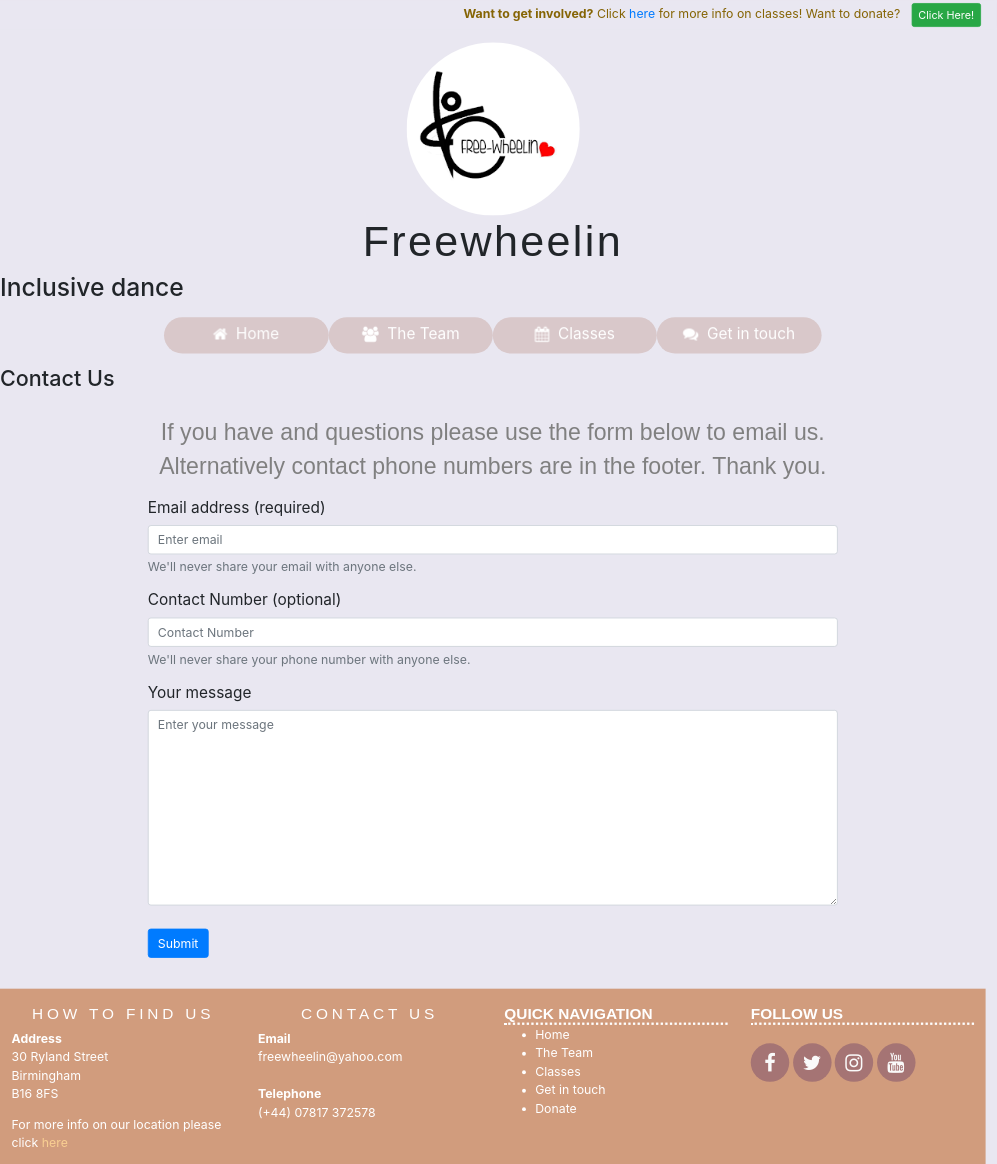
Repository: Code-Institute-Submissions/francisillingworth-resubmitted-milestone-project-1
Page: get-in-touch.html
The author's editor kept a record of every edit. The page is drawn from the files as they stood at one moment, then again after the next edit.
The browser window is 1280 px wide. The page is 1295 px wide, so the pictures cover 1295 px, including what lies to the right of the window. The pictures show the whole page, at 77% of full size.

Above is the page before.

### get-in-touch.html
<!DOCTYPE html>
<html lang="en">

<head>
    <meta charset="UTF-8">
    <meta name="viewport" content="width=device-width, initial-scale=1.0">
    <meta http-equiv="X-UA-Compatible" content="ie=edge">
    <link rel="stylesheet" href="https://stackpath.bootstrapcdn.com/bootstrap/4.3.1/css/bootstrap.min.css" type="text/css" />
    <link rel="stylesheet" href="https://stackpath.bootstrapcdn.com/font-awesome/4.7.0/css/font-awesome.min.css" type="text/css" />
    <link rel="stylesheet" href="https://cdnjs.cloudflare.com/ajax/libs/hover.css/2.3.1/css/hover-min.css" type="text/css" />
    <link rel="stylesheet" href="static/css/style.css" type="text/css" />
    <link rel="icon" type="image/png" href="assets/images/logo.png">
    <title>Freewheelin | Inclusive Dance</title>
</head>

<body>

    <header>
        <div class="container-fluid navalert-container">
            <div class="container-fluid alert-container">
                <div class="row d-none d-lg-block">
                        <div class="site-wide-alert alert alert-warning col-12 "><strong> Want to get involved?</strong> Click <a href="classes.html">here</a> for more info on classes! Want to donate? <button class="btn btn-success btn-sm " data-toggle="modal" data-target="#donateModal">Click Here!</button></div>
                </div>
            </div>
            <nav class="navbar navbar-dark navbar-expand-xl">
                <a href="/" class="navbar-brand"></a>
                <button class="navbar-toggler ml-auto" type="button" data-toggle="collapse" data-target="#navbarNavDropdown" aria-controls="navbarNavDropdown" aria-expanded="false" aria-label="Toggle navigation">
        <span class="navbar-toggler-icon"></span></button>


                <div class="collapse navbar-collapse  ml-auto" id="navbarNavDropdown">
                    <ul class="navbar-nav mr-auto">
                        <li class=" nav-item mr-2"><a class="nav-link" href="index.html">Home</a></li>
                        <li class="nav-item mr-2"><a class="nav-link" href="team.html">The Team</a></li>
                        <li class="nav-item dropdown">
                            <li class="nav-item mr-2"><a class="nav-link" href="classes.html">Classes</a></li>
                            <a class="nav-link dropdown-toggle " href="#" id="navbarDropdownMenuLink" role="button" data-toggle="dropdown" aria-haspopup="true" aria-expanded="false">Get in touch</a>
                            <div class="dropdown-menu" aria-labelledby="navbarDropdownMenuLink">
                                <a class="dropdown-item" href="get-in-touch.html">Contact us</a>
                                <a class="dropdown-item" href="#" data-toggle="modal" data-target="#donateModal">Donate</a>
                            </div>
                        </li>

                    </ul>
                </div>

            </nav>
        </div>

        <img class="logo" src="assets/images/logo.png" alt="Logo">
        <div class="free-wheelin-title">
            <h1>Freewheelin</h1>
            <h2>Inclusive dance</h2>
        </div>
        <div class="row no-gutters pageNav">
            <div class="col-md-8 offset-2">
                <div class="d-none d-lg-block">
                    <div class="row no-gutters">
                        <div class="col">
                            <ul id="nav" class="list-inline menucontainer">
                                <li class="col-sm-3 ui-menu-color list-inline-item menuitem">
                                    <a href="index.html" class="hvr-icon-grow"><i class="fa fa-home hvr-icon" aria-hidden="true"></i><span>&nbsp;  Home</span></a>
                                </li>
                                <li class="col-sm-3 ui-menu-color list-inline-item menuitem">
                                    <a href="team.html" class="hvr-icon-grow"><i class="fa fa-users hvr-icon" aria-hidden="true"></i><span>&nbsp;  The Team</span></a>
                                </li>
                                <li class="col-sm-3 ui-menu-color list-inline-item menuitem">
                                    <a href="classes.html" class="hvr-icon-grow"><i class="fa fa-calendar hvr-icon" aria-hidden="true"></i><span>&nbsp;  Classes</span></a>
                                </li>
                                <li class="col-sm-3 ui-menu-color list-inline-item menuitem">
                                    <a href="get-in-touch.html" class="hvr-icon-grow"><i class="fa fa-comments hvr-icon" aria-hidden="true"></i><span>&nbsp;  Get in touch</span></a>
                                </li>
                            </ul>

                        </div>
                    </div>
                </div>
            </div>
        </div>
        <h3>Contact Us</h3>
        <p class="homePagePara">If you have and questions please use the form below to email us. Alternatively contact phone numbers are in the footer. Thank you.</p>
        <form class="contact-form">
            <div class="form-group">
                <label for="InputEmail">Email address  (required)</label>
                <input type="email" class="form-control" id="InputEmail1" aria-describedby="emailHelp" placeholder="Enter email" required>
                <small id="emailHelp" class="form-text text-muted">We'll never share your email with anyone else.</small>
            </div>
            <div class="form-group">
                <label for="Contact Number">Contact Number (optional)</label>
                <input type="text" class="form-control" id="exampleInputPassword1" placeholder="Contact Number">
                <small id="contactHelp" class="form-text text-muted">We'll never share your phone number with anyone else.</small>
            </div>
            <div>
                <label for="Textarea">Your message</label>
                <textarea class="form-control" id="Textarea" rows="10" placeholder="Enter your message"></textarea>
                <br>
                <button type="submit" class="btn btn-primary">Submit</button>
            </div>
        </form>
    </header>
    <section>


    </section>
    <footer class="container-fluid">
        <div class="row">
            <div class="col-sm-6 col-md-4 col-lg-3">
                <h4 class="uppercase general-sub"><strong>How to find us</strong></h4>
                <p class="footer-text"><strong>Address</strong><br>30 Ryland Street<br>Birmingham<br>B16 8FS</p>
                <p class="footer-text footer-text-map-link">For more info on our location please click <a class="classes-page" href="classes.html">here</a></p>
                <div class="container-map">
                    <iframe src="https://www.google.com/maps/embed?pb=!1m18!1m12!1m3!1d4860.370228884722!2d-1.922623812816778!3d52.47578393677804!2m3!1f0!2f0!3f0!3m2!1i1024!2i768!4f13.1!3m3!1m2!1s0x4870bcf7880bee33%3A0xc67f882871949e74!2s30+Ryland+St%2C+Birmingham+B16+8FS!5e0!3m2!1sen!2suk!4v1556909026058!5m2!1sen!2suk"
                        width="300" height="300" frameborder="0" style="border:0" allowfullscreen></iframe>
                </div>
            </div>
            <div class="col-sm-6 col-md-4 col-lg-3">
                <h4 class="uppercase general-sub"><strong>Contact Us</strong></h4>
                <p class="footer-text"><strong> Email</strong><br>freewheelin@yahoo.com<br><br><strong>Telephone</strong><br>(+44) 07817 372578</p>
            </div>
            <div class="col-sm-6 col-md-4 col-lg-3">
                <h5 class="uppercase general-sub"><strong>Quick Navigation</strong></h5>
                <ul>
                    <li class="footer-nav"><a href="index.html">Home</a></li>
                    <li class="footer-nav"><a href="team.html">The Team</a></li>
                    <li class="footer-nav"><a href="classes.html">Classes</a></li>
                    <li class="footer-nav"><a href="get-in-touch.html">Get in touch</a></li>
                    <li class="footer-nav"><a href="#" data-toggle="modal" data-target="#donateModal">Donate</a></li>
                </ul>
            </div>
            <div class="col-sm-6 col-md-4 col-lg-3">
                <h5 class="uppercase general-sub"><strong>Follow us</strong></h5>
                <br>
                <ul class="list-inline social-links">
                    <li class="list-inline-item">
                        <a target="_blank" href="https://www.facebook.com/freewheelindance/?view_public_for=1515757465107461">
                            <i class="fa fa-facebook hvr-icon" aria-hidden="true"></i>
                            <span class="sr-only">Facebook</span>
                        </a>
                    </li>
                    <li class="list-inline-item">
                        <a target="_blank" href="https://twitter.com/wheelin_free" class=>
                            <i class="fa fa-twitter hvr-icon" aria-hidden="true"></i>
                            <span class="sr-only">Twitter</span>
                        </a>
                    </li>
                    <li class="list-inline-item">
                        <a target="_blank" href="https://www.instagram.com/freewheelin_dance/">
                            <i class="fa fa-instagram hvr-icon" aria-hidden="true"></i>
                            <span class="sr-only">Instagram</span>
                        </a>
                    </li>
                    <li class="list-inline-item">
                        <a target="_blank" href="https://www.youtube.com/channel/UCn35KSVQHnnvmcoqwCyMNBQ">
                            <i class="fa fa-youtube hvr-icon" aria-hidden="true"></i>
                            <span class="sr-only">Youtube</span>
                        </a>
                    </li>
                </ul>
            </div>

        </div>

    </footer>

    <div class="modal" tabindex="-1" role="dialog" id="donateModal">
        <div class="modal-dialog" role="document">
            <div class="modal-content">
                <div class="modal-header">
                    <h5 class="modal-title">Donate to Freewheelin!</h5>
                    <button type="button" class="close" data-dismiss="modal" aria-label="Close">
          <span aria-hidden="true">&times;</span>
        </button>
                </div>
                <div class="modal-body">
                    <form>
                        <div class="form-group">
                            <label for="InputName">Full name (required)</label>
                            <input type="text" class="form-control" id="exampleInputEmail1" aria-describedby="emailHelp" placeholder="Enter full name" required>
                        </div>
                        <div class="form-group">
                            <label for="InputEmail">Email address (required)</label>
                            <input type="email" class="form-control" id="exampleInputEmail1" aria-describedby="emailHelp" placeholder="Enter email" required>
                            <small id="emailHelp" class="form-text text-muted">We'll never share your email with anyone else.</small>
                        </div>
                        <div class="form-group">
                            <label for="InputTelephoneNumber">Telephone number (optional)</label>
                            <input type="text" class="form-control" id="exampleInputPassword1" placeholder="Enter Telephone Number">
                            <small id="phoneHelp" class="form-text text-muted">We'll never share your phone number with anyone else.</small>
                        </div>
                        <p>By clicking submit you will send us your contact details. A member of the team will get in touch shortly to dicuss your donation. Thank you for your generosity!</p>
                        <button type="submit" class="btn btn-primary">Submit</button>
                    </form>
                </div>
            </div>
        </div>
    </div>



    <script src="https://code.jquery.com/jquery-3.3.1.slim.min.js" integrity="sha384-q8i/X+965DzO0rT7abK41JStQIAqVgRVzpbzo5smXKp4YfRvH+8abtTE1Pi6jizo" crossorigin="anonymous"></script>
    <script src="https://cdnjs.cloudflare.com/ajax/libs/popper.js/1.14.7/umd/popper.min.js" integrity="sha384-UO2eT0CpHqdSJQ6hJty5KVphtPhzWj9WO1clHTMGa3JDZwrnQq4sF86dIHNDz0W1" crossorigin="anonymous"></script>
    <script src="https://stackpath.bootstrapcdn.com/bootstrap/4.3.1/js/bootstrap.min.js" integrity="sha384-JjSmVgyd0p3pXB1rRibZUAYoIIy6OrQ6VrjIEaFf/nJGzIxFDsf4x0xIM+B07jRM" crossorigin="anonymous"></script>


</body>

</html>

### static/css/style.css
/*------------------colours*/

body {
    background-color: #e9e7f1;
}



/*------------------heading*/

h1 {
    width: 100%;
    font-family: century gothic, sans-serif;
    font-weight: 100;
    font-size: 56px;
    text-align: center;
    letter-spacing: 3px;
}

h4 {
    font-family: century gothic, sans-serif;
    font-weight: 100;
    font-size: 20px;
    text-align: center;
    letter-spacing: 5px;
    color: #808080;
}

.logo {
    border-radius: 50%;
    display: inherit;
    margin-left: auto;
    margin-right: auto;
}

.list-inline-item:not(:last-child) {
    margin: 0;
}

.menucontainer {
    font-size: 0;

}

#nav li {
    font-size: 20px;
    text-align: center;
    padding: 7px 10px 10px 10px;
    background-color: #d9c8ca;
    color: black;
    border-radius: 25px;
    margin-top: 10px;

}

#nav li:hover {
    background-color: #bfa4a4
}

.menuitem {
    height: 100%;
}

.menuitem a {
    width: 100%;
    text-decoration: none;
    color: #fff;
    height: 100%;
    display: block;
}

.menuitem span {
    width: 100%
}

/* ------------------------------------Alert bar*/

.alert {
    padding: 3px 20px;
    text-align: right;
    background-color: #e9e7f1;
    border-color: #e9e7f1;

}

btn-group-sm>.btn,
.btn-sm {
    padding: .25rem .5rem;
    font-size: .875rem;
    line-height: 1.5;
    border-radius: .2rem;
    margin-left: 10px;
}

.alert-container {
    padding: 0;
}


/*-----------------------------------burger nav*/

.nav-link {
    text-align: right;
    font-weight: 800;
}


.navbar-dark .navbar-nav .nav-link {
    color: #747779;
}


.navbar-toggler-icon {
    display: inline-block;
    width: 2.5em;
    height: 2.5em;
    vertical-align: middle;
    content: "";
    background: no-repeat center center;
    background-size: 100% 100%;


}

.navbar-dark .navbar-toggler-icon {
    background-image: url(http://assets.stickpng.com/thumbs/588a64e7d06f6719692a2d11.png);
}

.dropdown-item {
    text-align: right;
    color: #747779;
    font-weight: 700;
}

.dropdown-menu {
    background-color: transparent;
    border: none;
}

.navalert-container {
    padding: 0;
}



.dropdown-item:focus,
.dropdown-item:hover {
    color: white;
    text-decoration: none;
    background-color: #e9e7f1;
}

@media(min-width:992px) {
    .navbar-expand-xl {
        display: none;
    }
}




/*---------------------------------------footer*/

h5 {
    margin: 0;
    border-bottom-style: dotted;
    border-bottom-color: white;
}

.uppercase {
    text-transform: uppercase
}

.general-sub {
    font-family: "nanum-Gothic", sans-serif;
    color: white;
}

footer {
    margin-top: 40px;
    background-color: #d19c7d;
    min-height: 100px;
    padding-top: 20px;

}

.footer-text {
    color: white;
}

/* credit to tkjaergaard  https://gist.github.com/tkjaergaard/1853190  for inspiration on making the map circular and for ideas for code make it happen */

.container-map {

    text-align: center;
    overflow: hidden;
    border-radius: 50%;
    position: relative;
    z-index: 1;
    height: 290px;
    width: 290px;
    border: 10px solid #f9cf92;
    margin-bottom: 20px;
}

.container-map iframe {
    position: absolute;
    border-radius: 50%;
    top: 0;
    left: -10px;

}

.social-links li a i {
    width: 50px;
    height: 50px;
    padding: 12px 0;
    border-radius: 50%;
    font-size: 26px;
    text-align: center;
    color: #fafafa;
    background-color: #a57474;
    transition: all 0.35s ease-in-out;
    -moz-transition: all 0.35s ease-in-out;
    -webkit-transition: all 0.35s ease-in-out;
    -o-transition: all 0.35s ease-in-out;

}

.social-links li a i:hover {
    background-color: #f9cf92;
    transform: scale(1.15);

}

.footer-nav {
    text-decoration: none;
    color: white;

}

.footer-nav a {
    text-decoration: none;
    color: white;

}

.footer-nav:hover {

    color: #8f8f8f;
}

.footer-nav a:hover {
    color: #8f8f8f;
}


.introVideo {
    width: 100%;
    margin-top: 40px;
}

.classes-page {
    color: #f9cf92;

}

.classes-page:hover {
    color: #a57474;
    text-decoration: none;
}



/*-------------------------index.html*/

.homePagePara {
    text-align: center;
    font-family: century gothic, sans-serif;
    font-size: 20px;
    font-weight: 300;
    color: #808080;
    width: 98%;
    margin-left: 1%;
    margin-top: 30px;
}

/*-------------------------------get in touch*/

.contact-form {
    margin-left: 1%;
    margin-right: 1%;
    font-size: 20px;
    width: 98%;
}

/*-------------------------------team*/

.teamPic {
    border-radius: 50%;
    border: 10px solid #d9c8ca;
    text-align: center;

}

.bioName {
    font-family: century gothic, sans-serif;
    font-size: 30px;
    font-weight: 300;
    color: #808080;


}

.bioPara {

    font-family: century gothic, sans-serif;
    font-size: 14px;
    font-weight: 600;
    color: #808080;
}




.katie {
    border: 10px solid #f9cf92;
}

.bioPic {
    padding-top: 20px;
    text-align: center;
}

.bioPic:hover {
    transform: scale(1.1);
}



/*-----------------------------------------classes*/

.classesText {
    font-family: century gothic, sans-serif;
    font-weight: 300;
    font-size: 30px;
    text-align: center;
    margin-top: 10px;
    color: #808080;
}


.map-responsive {
    overflow: hidden;
    padding-bottom: 56.25%;
    position: relative;
    height: 0;
    border-radius: 10px;
}

.map-responsive iframe {
    left: 0;
    top: 0;
    height: 100%;
    width: 100%;
    position: absolute;
}

.contact-us-modal {
    color: #d19c7d;
}

.contact-us-modal:hover {
    color: #a57474;
    text-decoration: none;
}





/*-------------------------------@media*/

@media (min-width:576px) {

    .homePagePara {
        margin-left: 5%;
        margin-right: 5%;
        font-size: 30px;
        font-weight: 100;
        width: 90%;
    }
    .introVideo {
        width: 90%;
        margin-left: 5%
    }

    .container-map {
        display: none
    }

}


@media (max-width:576px) {

    .footer-text-map-link {
        display: none
    }

}


@media (min-width:768px) {

    .homePagePara {
        margin-left: 15%;
        margin-right: 15%;
        font-size: 30px;
        width: 70%;


    }

    .introVideo {
        width: 60%;
        margin-left: 20%
    }

    .contact-form {
        margin-left: 15%;
        margin-right: 15%;
        font-size: 20px;
        width: 70%;

    }


}



@media (min-width:992px) {
    .meet-the-team {
        text-align: left;
    }
}

@media (max-width:992px) {
    .free-wheelin-title {
        display: none;
    }
}

After the next edit:
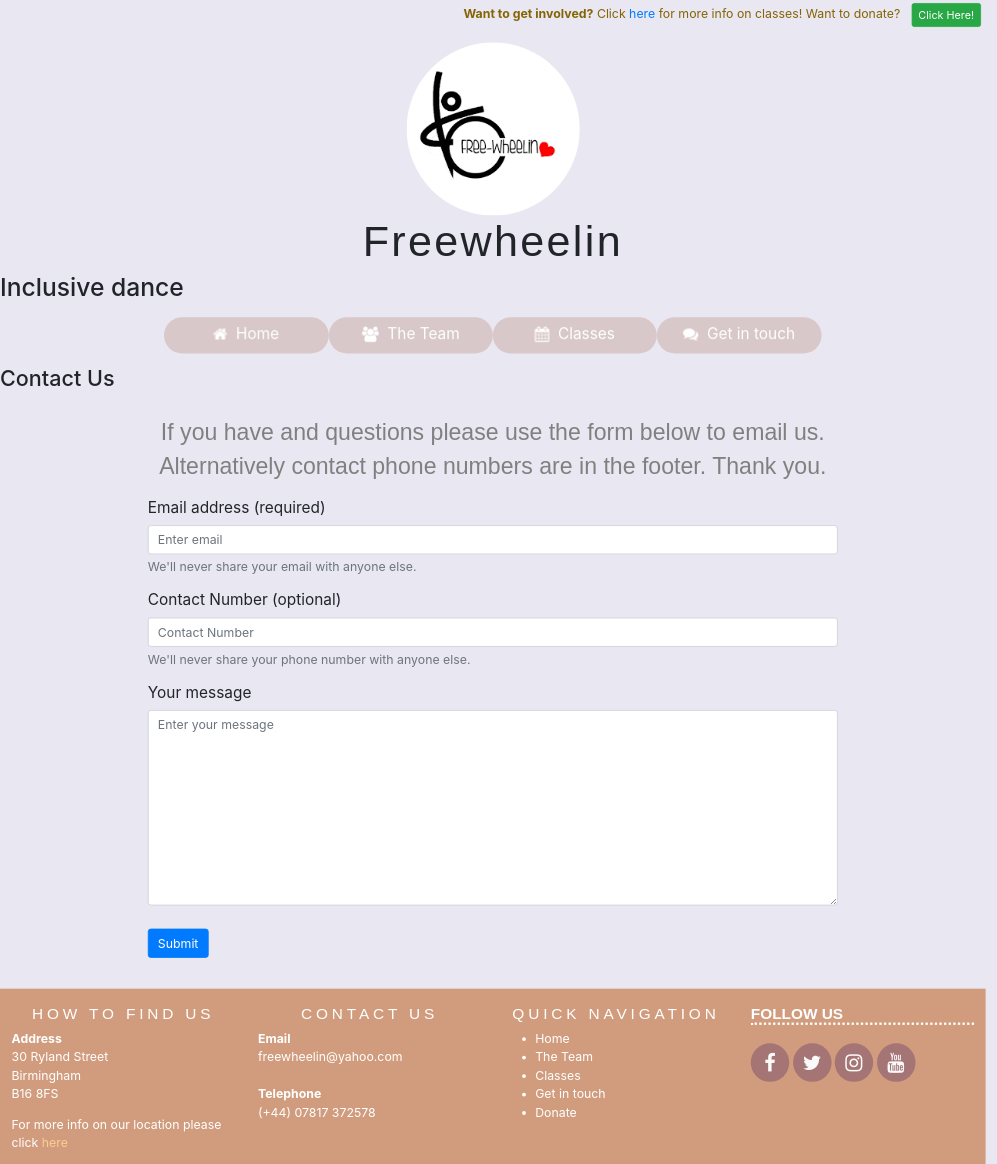
The edit:
--- a/get-in-touch.html
+++ b/get-in-touch.html
@@ -118,7 +118,7 @@
                 <p class="footer-text"><strong> Email</strong><br>freewheelin@yahoo.com<br><br><strong>Telephone</strong><br>(+44) 07817 372578</p>
             </div>
             <div class="col-sm-6 col-md-4 col-lg-3">
-                <h5 class="uppercase general-sub"><strong>Quick Navigation</strong></h5>
+                <h4 class="uppercase general-sub"><strong>Quick Navigation</strong></h4>
                 <ul>
                     <li class="footer-nav"><a href="index.html">Home</a></li>
                     <li class="footer-nav"><a href="team.html">The Team</a></li>
